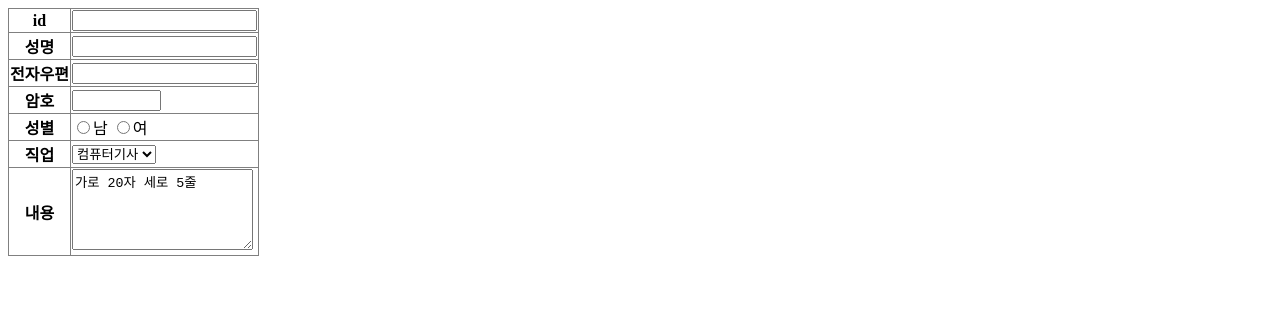
Repository: hyeon-jin-park/study
Page: work/internet_programing/T01/public/form.html
The author's editor kept a copy of each file at every save. The page is drawn from the files as they stood at one save, then again after the next save.
The browser window is 1280 px wide. The pictures show the whole page.

Above is the page before, as saved 2025-03-18 10:09:34.

After the next save:
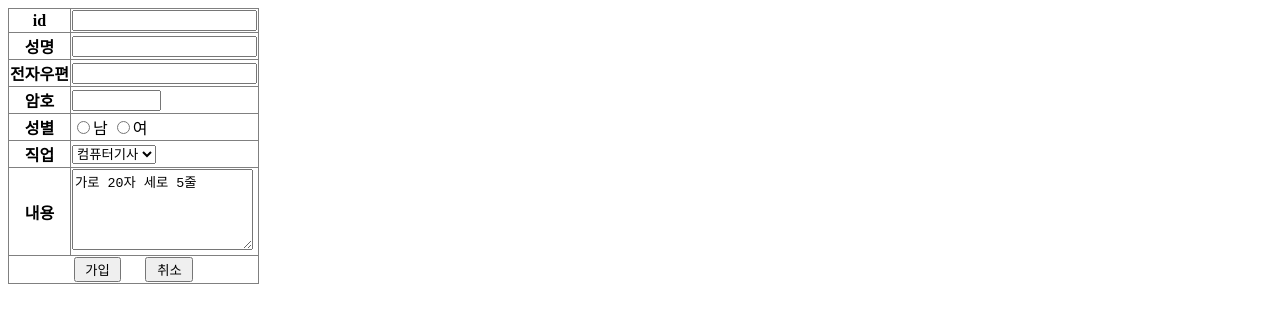
Saved 4 min 0 s later.
--- a/work/internet_programing/T01/public/form.html
+++ b/work/internet_programing/T01/public/form.html
@@ -69,7 +69,12 @@
 			<textarea cols="20" rows="5">가로 20자 세로 5줄</textarea>
 			</td>
 		</tr>
-
+		<tr>
+			<td colspan="2" style="text-align:center">
+			<input type="submit" value=" 가입 ">&nbsp;&nbsp;&nbsp;&nbsp;&nbsp;
+			<input type="reset" value=" 취소 ">
+			</td>
+		</tr>
 
 
 	</table>
